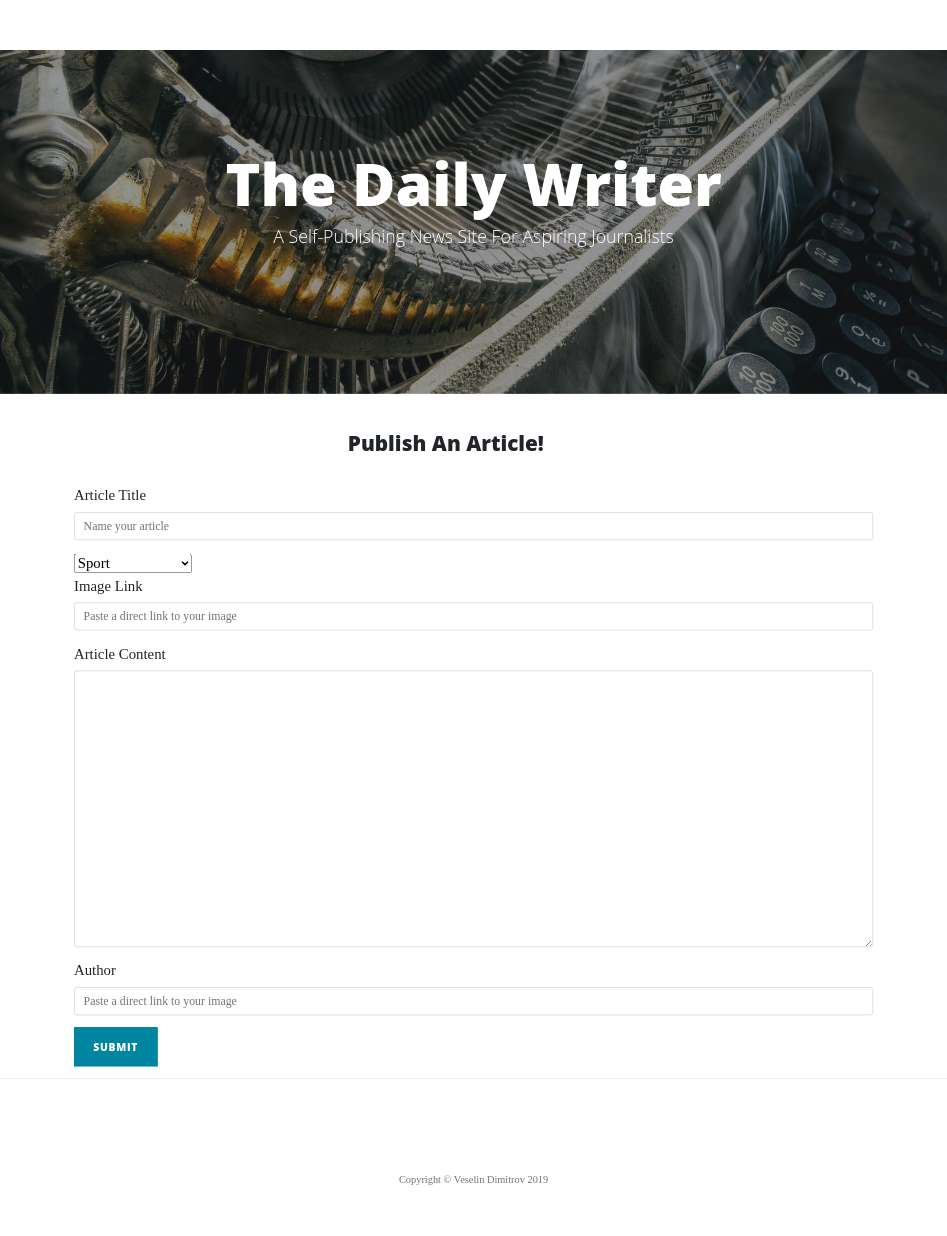
Repository: Vesss/Blog-Project
Page: http://localhost/post
The author's editor kept a record of every edit. The page is drawn from the files as they stood at one moment, then again after the next edit.
The browser window is 1280 px wide. The pictures show the whole page, at 74% of full size.
The page is served by the project's application, run on Flask 3 (app.py). Other server files are loaded and not shown.

Above is the page before.

### templates/post.html
{% extends 'base.html' %} {{ mongo.db.getCollectionNames() }} {% block content %}

<div class="container">
    <div class="row justify-content-center">
        <h3 class="col-sm-4">Publish An Article!</h3>
    </div>
</div>

<br />

<div class="container">
    <div class="row">
        <form action="" method="POST" class="col-sm-12">
            <div class="form-group">
                <label for="article">Article Title</label>
                <input type="text" class="form-control" placeholder="Name your article" name="title">
            </div>
            <!--<div class="dropdown form-group">-->
            <!--    <button class="btn btn-secondary dropdown-toggle" type="button" id="dropdownMenuButton" data-toggle="dropdown" aria-haspopup="true" aria-expanded="false">Category</button>-->
            <!--    <div class="dropdown-menu" aria-labelledby="dropdownMenuButton" id="category" name="category">-->
            <!--        <option class="dropdown-item" disabled>Select a category</option>-->
            <!--        <option name="sport">Sport</option>-->
            <!--        <option name="general_news">General News</option>-->
            <!--        <option name="health">Health</option>-->
            <!--        <option name="technology">Technology</option>-->
            <!--        <option name="fashion">Fashion</option>-->
            <!--    </div>-->
            <!--</div>-->

            <select name="category">
                <option class="dropdown-item" disabled>Select a category</option>
                <option value="sport">Sport</option>
                <option value="general_news">General News</option>
                <option value="health">Health</option>
                <option value="technology">Technology</option>
                <option value="fashion">Fashion</option>
            </select>

            <div class="form-group">
                <label for="image">Image Link</label>
                <input type="text" class="form-control" placeholder="Paste a direct link to your image" name="url">
            </div>
            <div class="form-group">
                <label for="exampleFormControlTextarea1">Article Content</label>
                <textarea class="form-control" id="exampleFormControlTextarea1" rows="15" name="content"></textarea>
            </div>
            <div class="form-group">
                <label for="image">Author</label>
                <input type="text" class="form-control" placeholder="Paste a direct link to your image" name="author">
            </div>
            <button type="submit" class="btn btn-primary">Submit</button>
        </form>
    </div>
</div>
{% endblock %}

### templates/base.html
<!DOCTYPE html>
<html lang="en">
<head>
    <meta charset="UTF-8">
    <meta name="viewport" content="width=device-width, initial-scale=1.0">
    <meta http-equiv="X-UA-Compatible" content="ie=edge">
    <link rel="stylesheet" href="{{ url_for('static', filename='vendor/bootstrap/css/bootstrap.min.css') }}" type="text/css" />
    <link rel="stylesheet" href="{{ url_for('static', filename='css/clean-blog.min.css') }}" type="text/css" />
    <link rel="stylesheet" href="{{ url_for('static', filename='css/style.css') }}" type="text/css" />
    <title>The Daily Writer</title>
</head>
<body>
    <nav class="navbar navbar-expand-lg navbar-light fixed-top" id="mainNav">
    <div class="container">
      <a class="navbar-brand" href="{{ url_for('index') }}">The Daily Writer</a>
      <button class="navbar-toggler navbar-toggler-right" type="button" data-toggle="collapse" data-target="#navbarResponsive" aria-controls="navbarResponsive" aria-expanded="false" aria-label="Toggle navigation">
        Menu
        <i class="fas fa-bars"></i>
      </button>
      <div class="collapse navbar-collapse" id="navbarResponsive">
        <ul class="navbar-nav ml-auto">
          <li class="nav-item">
            <a class="nav-link" href="{{ url_for('index') }}">Home</a>
          </li>
          <li class="nav-item">
            <a class="nav-link" href="{{ url_for('about') }}">About</a>
          </li>
          <li class="nav-item">
            <a class="nav-link" href="{{ url_for('post') }}">Post</a>
          </li>
          <li class="nav-item">
            <a class="nav-link" href="{{ url_for('contact') }}">Contact Us</a>
          </li>
          <li class="nav-item">
            <a class="nav-link" href="{{ url_for('articles') }}">Articles</a>
          </li>
        </ul>
      </div>
    </div>
  </nav>

  <!-- Page Header -->
  <header class="masthead" style="background-image: url('{{ url_for('static', filename='img/the_engine_of_history.jpg') }}')">
    <div class="overlay"></div>
    <div class="container">
      <div class="row">
        <div class="col-lg-8 col-md-10 mx-auto">
          <div class="site-heading">
            <h1>The Daily Writer</h1>
            <span class="subheading">A Self-Publishing News Site For Aspiring Journalists</span>
          </div>
        </div>
      </div>
    </div>
  </header>

  <!-- Main Content -->
  <div class="container">

    {% block content %}
    {% endblock %}

  </div>

  <hr>

  <!-- Footer -->
  <footer>
    <div class="container">
      <div class="row">
        <div class="col-lg-8 col-md-10 mx-auto">
          <ul class="list-inline text-center">
            <li class="list-inline-item">
              <a href="#">
                <span class="fa-stack fa-lg">
                  <i class="fas fa-circle fa-stack-2x"></i>
                  <i class="fab fa-twitter fa-stack-1x fa-inverse"></i>
                </span>
              </a>
            </li>
            <li class="list-inline-item">
              <a href="#">
                <span class="fa-stack fa-lg">
                  <i class="fas fa-circle fa-stack-2x"></i>
                  <i class="fab fa-facebook-f fa-stack-1x fa-inverse"></i>
                </span>
              </a>
            </li>
            <li class="list-inline-item">
              <a href="#">
                <span class="fa-stack fa-lg">
                  <i class="fas fa-circle fa-stack-2x"></i>
                  <i class="fab fa-github fa-stack-1x fa-inverse"></i>
                </span>
              </a>
            </li>
          </ul>
          <p class="copyright text-muted">Copyright &copy; Veselin Dimitrov 2019</p>
        </div>
      </div>
    </div>
  </footer>

  <!-- Bootstrap core JavaScript -->
  <script src="{{ url_for('static', filename='vendor/jquery/jquery.min.js') }}"></script>
  <script src="{{ url_for('static', filename='vendor/bootstrap/js/bootstrap.bundle.min.js') }}"></script>

  <!-- Custom scripts for this template -->
  <script src="{{ url_for('static', filename='js/clean-blog.min.js') }}"></script>

</body>
</html>

### app.py
import os
from flask import Flask, render_template, redirect, request, url_for
from flask_pymongo import PyMongo
from bson.objectid import ObjectId
from flask_mail import Mail
from flask_mail import Message


app = Flask(__name__)

app.config["MONGO_DBNAME"] = "blog_project"
app.config["MONGO_URI"] = "mongodb+srv://root:maniac93@myfirstcluster-ilypv.mongodb.net/blog_project?retryWrites=true&w=majority"
app.config["DEBUG"] = True
app.config["TESTING"] = False
app.config["MAIL_SERVER"] = "smtp.gmail.com"
app.config["MAIL_PORT"] = 587
app.config["MAIL_USE_TLS"] = True
app.config["MAIL_USE_SSL"] = False
# app.config["MAIL_DEBUG"] = True
app.config["MAIL_USERNAME"] = None
app.config["MAIL_PASSWORD"] = None
app.config["MAIL_DEFAULT_SENDER"] = "blitzermann4@gmail.com"
app.config["MAIL_MAX_EMAILS"] = 5
app.config["MAIL_SUPPRESS_SEND"] = False
app.config["MAIL_ASCII_ATTACHMENTS"] = False

mail = Mail(app)

mongo = PyMongo(app)

@app.route("/")
def index():
    return render_template("index.html")

@app.route("/about")
def about():
    return render_template("about.html", about=mongo.db.about_information.find())

@app.route("/contact")
def contact():
    return render_template("contact.html")

@app.route("/post", methods=["GET", "POST"])
def post():
	if request.method == 'POST':
		#get all the data sent up
		data = request.form.to_dict()
		#print it out to see it got sent properly
		print(data)
		# will look at adding to database next if data is sent up ok

		# dict to store new entry to database
		# will need to use keys you have in collection .. i named them title category etc
		new_item = {
			'title': request.form.get('title'),
			'author': request.form.get('author'),
			'url': request.form.get('url'),
			'content': request.form.get('content')
		}
		print(new_item)
		# need to get the category so can create the database string below
		category=request.form.get('category')
		print("category", category)
		# this should insert into the right collection eg sport health
		# if not will have to use if statements or switch
		mongo.db[category].insert_one(new_item)

		return redirect('articles')
	else:
		return render_template('post.html')

# @app.route("/add_article")
# def add_article():

@app.route("/articles")
def articles():
    return render_template("articles.html")

@app.route("/sports_page")
def sports_page():
	return render_template("sports_page.html")

@app.route("/general_news_page")
def general_news_page():
	return render_template("general_news.html")

@app.route("/technology_page")
def technology_page():
	return render_template("technology_page.html")

@app.route("/fashion_page")
def fashion_page():
	return render_template("fashion_page.html")

@app.route("/health_page")
def health_page():
	return render_template("health_page.html")

@app.route("/send", methods=["GET", "POST"])
def send():
    msg = Message("Hi there", recipients=["ves.dimitrov121@gmail.com"])
    mail.send(msg)
    if request.method == "POST":
        return 'Form posted.'
    elif request.method == "GET":
        return render_template('contact.html')


if __name__ == "__main__":
    app.run(host=os.environ.get("IP"),
            port=int(os.environ.get("PORT")),
            debug=True)

### static/css/style.css
.contact-form{
    background:rgba(0,0,0, .3);
    color:white;
    margin-top: 100px;
    padding: 20px;
    box-shadow: 0px 0px 10px 3px grey;
}

hr {
    background: white;
}

Loaded but not shown: static/css/clean-blog.min.css (library); static/js/clean-blog.min.js (common file)

After the next edit:
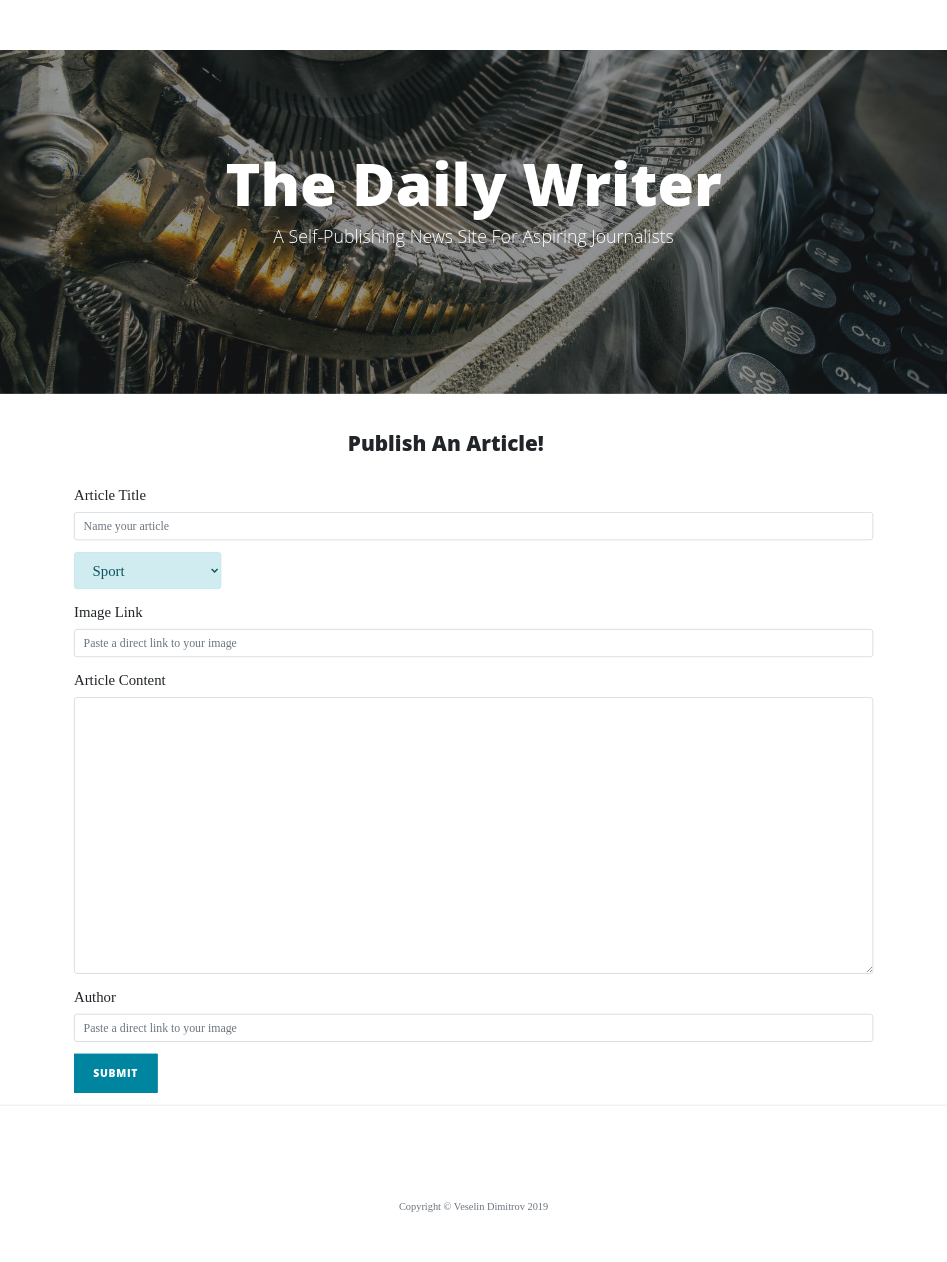
The edit:
--- a/templates/post.html
+++ b/templates/post.html
@@ -27,7 +27,7 @@
             <!--    </div>-->
             <!--</div>-->
 
-            <select name="category">
+            <select name="category" class="alert alert-info">
                 <option class="dropdown-item" disabled>Select a category</option>
                 <option value="sport">Sport</option>
                 <option value="general_news">General News</option>
